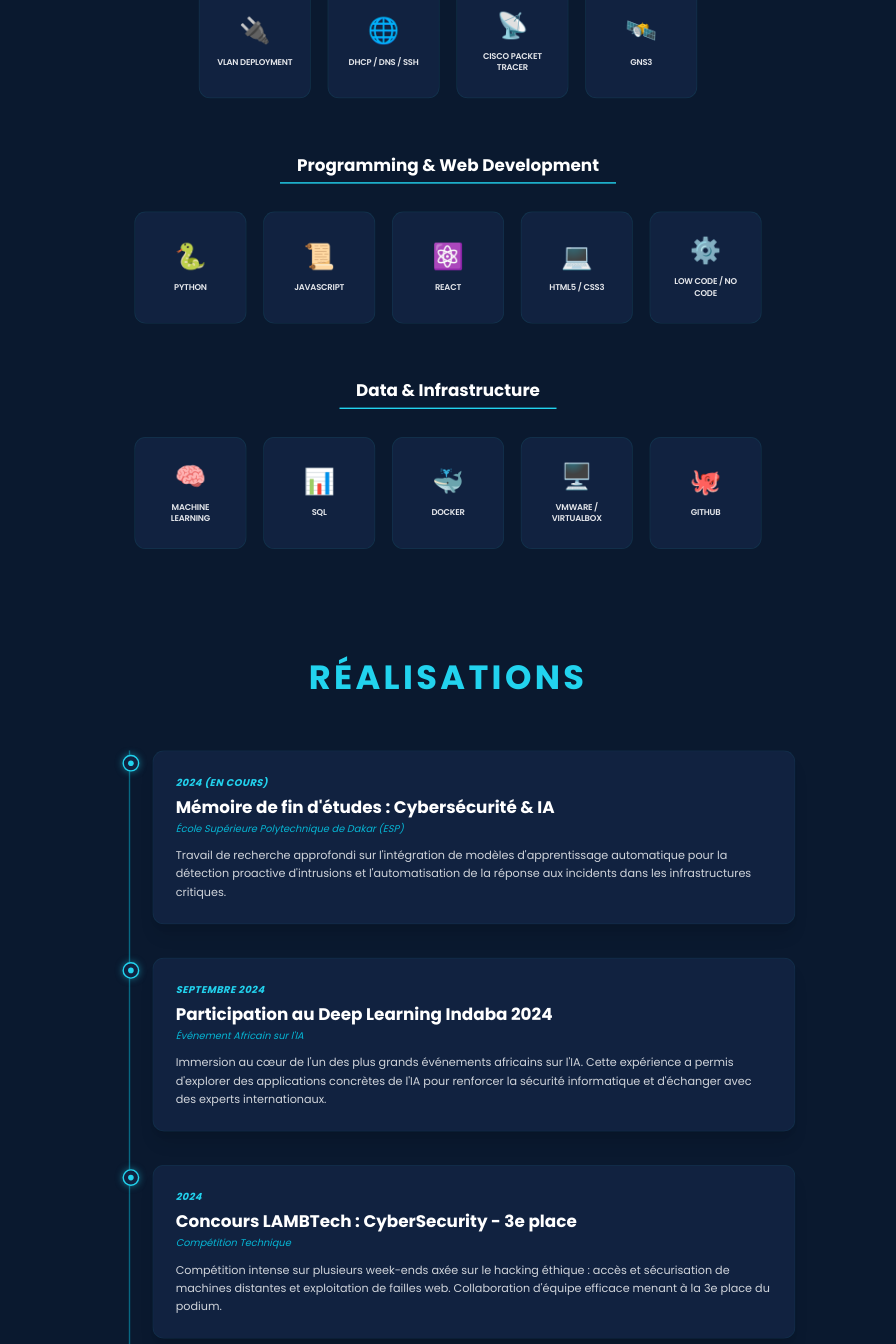
Repository: AntaaaKD/Mon-Portfolio
Page: /
An editor plug-in stored every save of this project. The page is shown before and after the next save, followed by the edit.
The browser window is 1280 px wide. The pictures show the part of the page from y = 2036 to 3956 px (the page is 4650 px tall), at 70% of full size.
The project was rebuilt for these pictures with package versions that can differ from the ones it lists, and the page was loaded fresh each time.

Above is the page before, as saved 2026-01-14 23:43:12.

### public/index.html
<!DOCTYPE html>
<html lang="en">
  <link href="https://fonts.googleapis.com/css2?family=Poppins:wght@400;600;700&display=swap" rel="stylesheet">
  <head>
    <meta charset="utf-8" />
    <link rel="icon" href="%PUBLIC_URL%/favicon.ico" />
    <meta name="viewport" content="width=device-width, initial-scale=1" />
    <meta name="theme-color" content="#000000" />
    <meta
      name="description"
      content="Web site created using create-react-app"
    />
    <link rel="apple-touch-icon" href="%PUBLIC_URL%/logo192.png" />
    <!--
      manifest.json provides metadata used when your web app is installed on a
      user's mobile device or desktop. See https://developers.google.com/web/fundamentals/web-app-manifest/
    -->
    <link rel="manifest" href="%PUBLIC_URL%/manifest.json" />
    <!--
      Notice the use of %PUBLIC_URL% in the tags above.
      It will be replaced with the URL of the `public` folder during the build.
      Only files inside the `public` folder can be referenced from the HTML.

      Unlike "/favicon.ico" or "favicon.ico", "%PUBLIC_URL%/favicon.ico" will
      work correctly both with client-side routing and a non-root public URL.
      Learn how to configure a non-root public URL by running `npm run build`.
    -->
    <title>React App</title>
  </head>
  <body>
    <noscript>You need to enable JavaScript to run this app.</noscript>
    <div id="root"></div>
    <!--
      This HTML file is a template.
      If you open it directly in the browser, you will see an empty page.

      You can add webfonts, meta tags, or analytics to this file.
      The build step will place the bundled scripts into the <body> tag.

      To begin the development, run `npm start` or `yarn start`.
      To create a production bundle, use `npm run build` or `yarn build`.
    -->
  </body>
</html>

### src/index.css
@tailwind base;
@tailwind components;
@tailwind utilities;

body {
  margin: 0;
  font-family: 'Poppins', sans-serif;
  -webkit-font-smoothing: antialiased;
  -moz-osx-font-smoothing: grayscale;
}

code {
  font-family: source-code-pro, Menlo, Monaco, Consolas, 'Courier New',
    monospace;
}

### src/App.js
import React from 'react';
import Navbar from './components/Navbar';
import Home from './components/Home';  // Ajoute cet import
import About from './components/About';
import Skills from './components/Skills';
import Achievements from './components/Achievements';

function App() {
  return (
    <div className="min-h-screen bg-custom-blue text-white">
      <Navbar />
      <main>
        <Home />  {/* Remplace le placeholder */}
        <About />
        <Skills />
        <Achievements />
        <section id="projects" className="py-16">Placeholder Projets</section>
        <section id="contact" className="py-16">Placeholder Contact</section>
      </main>
    </div>
  );
}

export default App;

### src/components/Navbar.jsx
import React, { useState, useEffect } from 'react';

const Navbar = () => {
  const [scrolled, setScrolled] = useState(false);

  useEffect(() => {
    const handleScroll = () => {
      if (window.scrollY > 50) {
        setScrolled(true);
      } else {
        setScrolled(false);
      }
    };

    window.addEventListener('scroll', handleScroll);
    return () => window.removeEventListener('scroll', handleScroll);
  }, []);

  return (
    <nav
        className={`p-4 sticky top-0 z-10 transition-all duration-300 ${
            scrolled
            ? 'bg-custom-blue bg-opacity-0 backdrop-blur-md'  // Semi-transparent (30%) + blur fort
            : 'bg-custom-blue'  // Bleu solide au top
        }`}
    >
        <div className="container mx-auto flex justify-between items-center">
            <h1 className="text-xl font-bold text-blue-text">AD</h1>
            <ul className="flex space-x-6 text-white">
            <li><a href="#home" className="hover:text-cyan-300">Home</a></li>
            <li><a href="#about" className="hover:text-cyan-300">About</a></li>
            <li><a href="#skills" className="hover:text-cyan-300">Skills</a></li>
            <li><a href="#achievements" className="hover:text-cyan-300">Achievements</a></li>
            <li><a href="#projects" className="hover:text-cyan-300">Projects</a></li>
            <li><a href="#contact" className="hover:text-cyan-300">Contact</a></li>
            </ul>
        </div>
    </nav>
  );
};

export default Navbar;

### src/components/Home.jsx
import React, { useEffect, useRef } from 'react';
import Typed from 'typed.js';

const Home = () => {
  // Création d'une référence pour l'élément qui accueillera l'animation
  const el = useRef(null);

  useEffect(() => {
    const typed = new Typed(el.current, {
      strings: [
        "Cybersecurity Engineer",
        "Founder of Sa Muse",
      ],
      typeSpeed: 100,
      backSpeed: 90,
      loop: true,
    });

    // Nettoyage de l'animation pour éviter les bugs de mémoire
    return () => {
      typed.destroy();
    };
  }, []);

  return (
    <section id="home" className="flex flex-col items-center justify-center h-screen text-center px-4">
      <h1 className="text-6xl font-bold mb-4">
        Hi, I'm <span className="text-blue-text">Anta DIOP</span>
      </h1>

      {/* On applique la ref ici pour l'animation */}
      <h2 className="text-2xl font-bold text-cyan-400 mb-6 h-8">
        <span ref={el}></span>
      </h2>

      <p className="text-lg mb-8 max-w-2xl">
        A Cybersecurity Engineer, I am passionate about analyzing, protecting, and detecting threats across systems and networks.
        I am also particularly interested in artificial intelligence applied to cybersecurity, a field that offers highly promising perspectives.
      </p>

      <div className="flex space-x-4">
        <a href="#projects" className="bg-blue-text text-lg px-6 py-3 rounded-full hover:bg-cyan-400 transition">
            View my Projects
        </a>
        <a href="/cv.pdf" download className="px-6 py-3 rounded-full border border-cyan-500 text-lg hover:bg-cyan-500 hover:text-custom-blue transition">
            Download CV
        </a>
      </div>
    </section>
  );
};

export default Home;

### src/components/About.jsx
import React from 'react';

const About = () => {
  return (
    <section id="about" className="py-20 px-4 bg-custom-blue text-white">
      <div className="max-w-6xl mx-auto">
        {/* Titre de la section */}
        <h2 className="text-4xl font-bold text-center mb-16">
          About <span className="text-cyan-400">Me</span>
        </h2>

        <div className="flex flex-col md:flex-row items-center justify-between gap-12">

          {/* Colonne Image avec l'effet de halo bleu */}
          <div className="relative w-64 h-64 md:w-80 md:h-80">
            <div className="absolute inset-0 rounded-full bg-cyan-400 opacity-20 blur-2xl animate-pulse"></div>
            <div className="relative w-full h-full rounded-full border-4 border-cyan-400 overflow-hidden shadow-[0_0_20px_rgba(34,211,238,0.5)]">
              <img
                src="/image1.png"
                alt="Anta DIOP"
                className="w-full h-full object-cover"
              />
            </div>
          </div>

          {/* Colonne Texte */}
          <div className="flex-1 text-center md:text-left">
            <h3 className="text-xl mb-4">
              Hello, I'm <span className="text-cyan-400 font-bold">Anta DIOP</span>
            </h3>
            <p className="text-gray-300 mb-6 leading-relaxed">
              I am a Cybersecurity Systems Engineer, graduated from the École Supérieure Polytechnique of Dakar.
              My journey began with a degree in Telecoms and Networks, leading me to specialize in IT Security.
              I am also deeply interested in Artificial Intelligence, especially its role in enhancing cybersecurity.
            </p>
            <p className="text-gray-300 mb-8 leading-relaxed">
              Alongside my engineering path, I founded <span className="text-cyan-400 font-bold"> Sa Muse: Awaken the muse within you</span>.
              What started as a creative hobby: crochet, evolved into a bespoke clothing business. This venture allows me to channel my creativity while managing an entrepreneurial project I truly love.
            </p>

            {/* Cartes de statistiques (comme sur le modèle) */}
            <div className="flex flex-wrap justify-center md:justify-start gap-4">
              <div className="bg-[#112240] p-4 rounded-xl border border-cyan-900 w-40">
                <p className="text-cyan-400 font-bold text-xl">4+ years</p>
                <p className="text-xs text-gray-400">Experience</p>
              </div>
              <div className="bg-[#112240] p-4 rounded-xl border border-cyan-900 w-40">
                <p className="text-cyan-400 font-bold text-xl">7+ projects</p>
                <p className="text-xs text-gray-400">Completed</p>
              </div>
              <div className="bg-[#112240] p-4 rounded-xl border border-cyan-900 w-40">
                <p className="text-cyan-400 font-bold text-xl">Graduate</p>
                <p className="text-xs text-gray-400">Engineer</p>
              </div>
            </div>
          </div>

        </div>
      </div>
    </section>
  );
};

export default About;

### src/components/Skills.jsx
import React from 'react';

const Skills = () => {
  const skillCategories = [
    {
      domain: "Cybersecurity & OS",
      tools: [
        { name: 'Scan & Pentest Tools', icon: '🛡️' },
        { name: 'Kali / Ubuntu Linux', icon: '🐧' },
        { name: 'Windows Server', icon: '🗄️' },
        { name: 'Metasploit', icon: '🛡️' },
        { name: 'Wireshark', icon: '🦈' }
      ]
    },
    {
      domain: "Networks & Simulation",
      tools: [
        { name: 'VLAN Deployment', icon: '🔌' },
        { name: 'DHCP / DNS / SSH', icon: '🌐' },
        { name: 'Cisco Packet Tracer', icon: '📡' },
        { name: 'GNS3', icon: '🛰️' }
      ]
    },
    {
      domain: "Programming & Web Development",
      tools: [
        { name: 'Python', icon: '🐍' },
        { name: 'JavaScript', icon: '📜' },
        { name: 'React', icon: '⚛️' },
        { name: 'HTML5 / CSS3', icon: '💻' },
        { name: 'Low Code / No Code', icon: '⚙️' },
      ]
    },
    {
      domain: "Data & Infrastructure",
      tools: [
        { name: 'Machine Learning', icon: '🧠' },
        { name: 'SQL', icon: '📊' },
        { name: 'Docker', icon: '🐳' },
        { name: 'VMware / Virtualbox', icon: '🖥️' },
        { name: 'GitHub', icon: '🐙' }
      ]
    }
  ];

  return (
    <section id="skills" className="py-20 bg-[#0a192f] text-white">
      <div className="max-w-6xl mx-auto px-4">
        <h2 className="text-5xl font-bold text-center mb-20 text-cyan-400 uppercase tracking-widest">
          Skills & <span className="text-white">Technologies</span>
        </h2>

        <div className="space-y-20">
          {skillCategories.map((category, idx) => (
            <div key={idx} className="flex flex-col items-center">
              {/* Titre du domaine bien centré */}
              <h3 className="text-2xl font-bold mb-10 text-white border-b-2 border-cyan-400 pb-2 px-6">
                {category.domain}
              </h3>

              {/* Grille des outils centrée */}
              <div className="flex flex-wrap justify-center gap-6 w-full">
                {category.tools.map((tool, index) => (
                  <div
                    key={index}
                    className="bg-[#112240] p-6 rounded-2xl border border-cyan-900/40 flex flex-col items-center justify-center w-40 h-40 transition-all duration-300 hover:border-cyan-400 hover:-translate-y-2 hover:shadow-[0_0_20px_rgba(34,211,238,0.15)] group"
                  >
                    <div className="text-4xl mb-4 group-hover:scale-110 transition-transform">
                      {tool.icon}
                    </div>
                    <h4 className="text-xs font-semibold text-gray-200 text-center uppercase tracking-tight">
                      {tool.name}
                    </h4>
                  </div>
                ))}
              </div>
            </div>
          ))}
        </div>
      </div>
    </section>
  );
};

export default Skills;

### src/components/Achievements.jsx
import React from 'react';

const Achievements = () => {
  const achievements = [
    {
      date: "2024 (En cours)",
      title: "Mémoire de fin d'études : Cybersécurité & IA",
      institution: "École Supérieure Polytechnique de Dakar (ESP)",
      description: "Travail de recherche approfondi sur l'intégration de modèles d'apprentissage automatique pour la détection proactive d'intrusions et l'automatisation de la réponse aux incidents dans les infrastructures critiques.",
    },
    {
      date: "Septembre 2024",
      title: "Participation au Deep Learning Indaba 2024",
      institution: "Événement Africain sur l'IA",
      description: "Immersion au cœur de l'un des plus grands événements africains sur l'IA. Cette expérience a permis d'explorer des applications concrètes de l'IA pour renforcer la sécurité informatique et d'échanger avec des experts internationaux.",
    },
    {
      date: "2024",
      title: "Concours LAMBTech : CyberSecurity - 3e place",
      institution: "Compétition Technique",
      description: "Compétition intense sur plusieurs week-ends axée sur le hacking éthique : accès et sécurisation de machines distantes et exploitation de failles web. Collaboration d'équipe efficace menant à la 3e place du podium.",
    },
    {
      date: "Juin 2022 – Juillet 2022",
      title: "Projet de Fin de Cycle : Renforcement de la Sécurité Réseau",
      institution: "École Supérieure Polytechnique de Dakar (ESP)",
      description: "Mise en place d'une infrastructure réseau sécurisée intégrant des listes de contrôle d'accès (ACL), des tunnels VPN chiffrés et des mécanismes d'authentification robuste (AAA).",
    }
  ];

  return (
    <section id="achievements" className="w-full py-20 bg-[#0a192f] text-white">
      <div className="max-w-5xl mx-auto px-4">
        {/* Titre style image 5 */}
        <h2 className="text-5xl font-bold text-center mb-20 text-cyan-400 uppercase tracking-widest">
          Réalisations
        </h2>

        <div className="relative border-l-2 border-cyan-500/50 ml-4 md:ml-10">
          {achievements.map((item, index) => (
            <div key={index} className="mb-12 ml-8 relative">
              {/* Le point sur la ligne (style image 5) */}
              <div className="absolute -left-[43px] mt-1.5 w-6 h-6 rounded-full bg-[#112240] border-2 border-cyan-400 flex items-center justify-center shadow-[0_0_10px_rgba(34,211,238,0.5)]">
                 <div className="w-2 h-2 rounded-full bg-cyan-400"></div>
              </div>

              {/* Carte de contenu (style image 5) */}
              <div className="bg-[#112240] p-8 rounded-2xl border border-cyan-900/30 shadow-xl hover:border-cyan-400/50 transition-all duration-300">
                <span className="text-cyan-400 font-bold text-sm uppercase tracking-wider italic">
                  {item.date}
                </span>
                <h3 className="text-2xl font-bold mt-2 text-white">
                  {item.title}
                </h3>
                <h4 className="text-cyan-500 font-medium text-sm mt-1 mb-4 italic">
                  {item.institution}
                </h4>
                <p className="text-gray-300 leading-relaxed text-base">
                  {item.description}
                </p>
              </div>
            </div>
          ))}
        </div>
      </div>
    </section>
  );
};

export default Achievements;

### tailwind.config.js
/** @type {import('tailwindcss').Config} */
module.exports = {
  content: [
    "./src/**/*.{js,jsx,ts,tsx}",
  ],
  theme: {
    extend: {
      colors: {
        'custom-blue': 'rgb(0, 38, 58)',  // Ton bleu exact ici
        'blue-text': 'rgb(1, 120, 160)',
      },
    },
  },
  plugins: [],
};

Loaded but not shown: src/index.js (common file); src/reportWebVitals.js (common file)

After the next save:
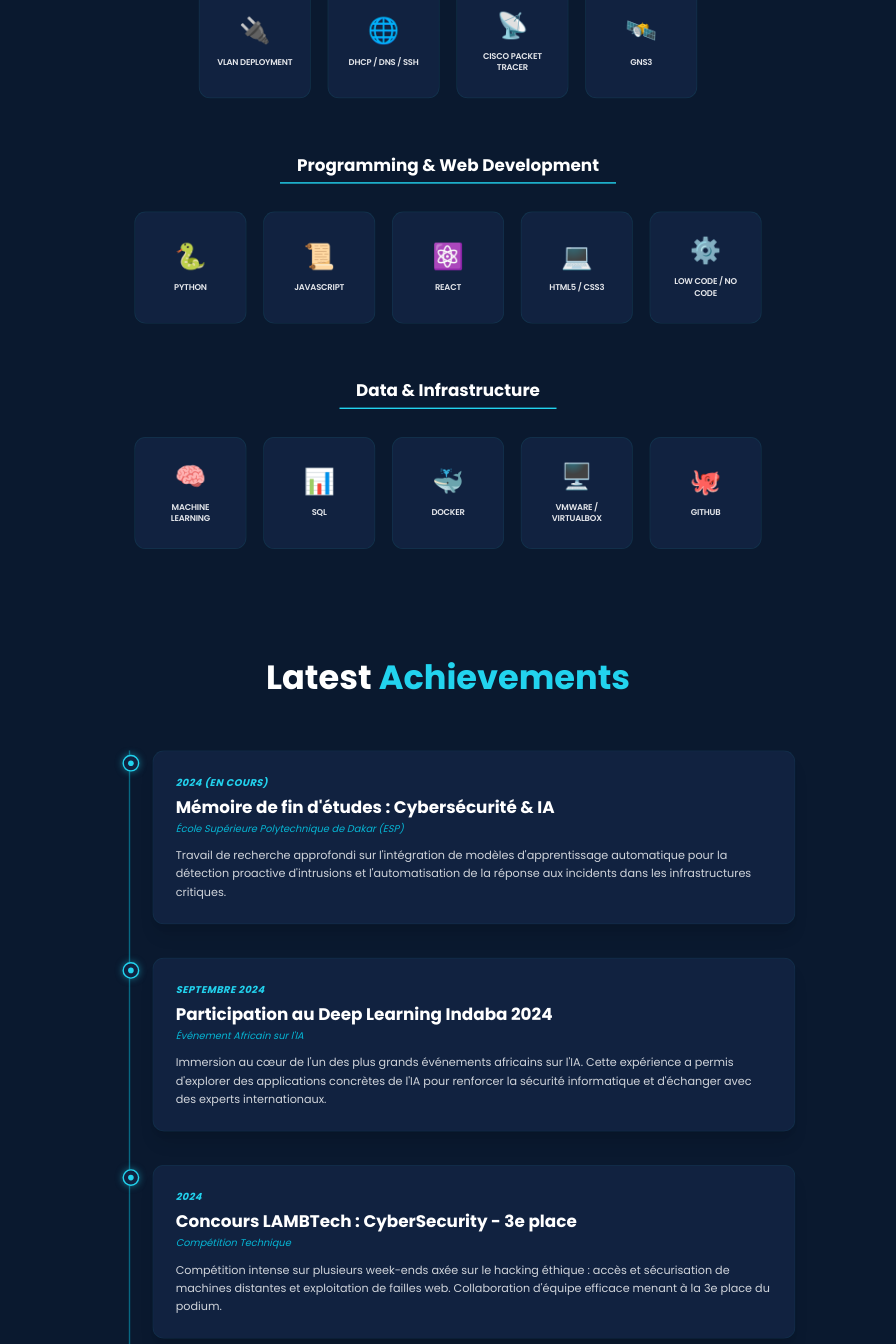
Saved 16 s later.
--- a/src/components/Achievements.jsx
+++ b/src/components/Achievements.jsx
@@ -32,8 +32,8 @@ const Achievements = () => {
     <section id="achievements" className="w-full py-20 bg-[#0a192f] text-white">
       <div className="max-w-5xl mx-auto px-4">
         {/* Titre style image 5 */}
-        <h2 className="text-5xl font-bold text-center mb-20 text-cyan-400 uppercase tracking-widest">
-          Réalisations
+       <h2 className="text-5xl font-bold text-center mb-20">
+          Latest <span className="text-cyan-400">Achievements</span>
         </h2>
 
         <div className="relative border-l-2 border-cyan-500/50 ml-4 md:ml-10">
